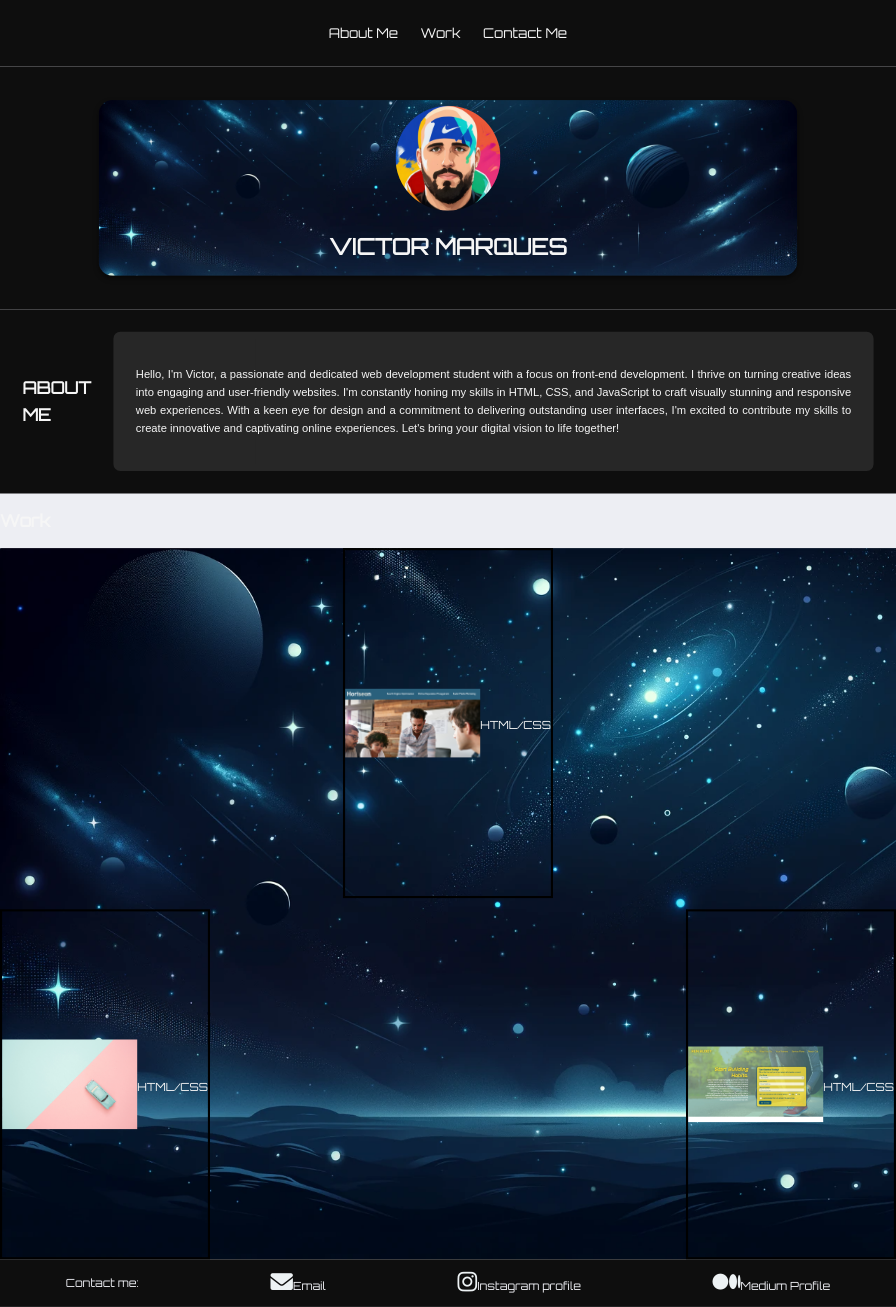
Repository: uvee35/Challenge2-Victor
Page: index.html
These files come from the project's save history. The page is drawn as it stood at one moment and after the next save; the edit follows.
The browser window is 1280 px wide. The pictures show the whole page, at 70% of full size.

Above is the page before, as saved 2023-12-12 22:32:01.

### index.html
<!DOCTYPE html>
<html lang="en-gb">
  <head>
    <meta charset="UTF-8" />
    <meta name="viewport" content="width=device-width, initial-scale=1.0" />
    <meta http-equiv="X-UA-Compatible" content="ie=edge" />
    <title>Victor Marques Portfolio</title>
    <link rel="stylesheet" href="assets/style.css" />
    <link
      href="https://cdnjs.cloudflare.com/ajax/libs/font-awesome/6.0.0-beta3/css/all.min.css"
      rel="stylesheet"
    />
    <link
      href="https://fonts.googleapis.com/css?family=Orbitron&display=swap"
      rel="stylesheet"
    />
  </head>

  <body>
    <header class="header">
      <nav class="header__nav">
        <ul class="nav__list">
          <li class="nav__item">
            <a href="#about-me" class="nav__link">About Me</a>
          </li>
          <li class="nav__item">
            <a href="#work" class="nav__link">Work</a>
          </li>
          <li class="nav__item">
            <a href="#footer" class="nav__link">Contact Me</a>
          </li>
        </ul>
      </nav>
    </header>

    <section class="hero-banner">
      <div class="hero-banner__content">
        <img src="assets/victor.JPG" alt="Victor" class="about__image" />
        <h1>VICTOR MARQUES</h1>
      </div>
    </section>

    <main class="page-wrapper">
      <section id="about-me"></section>
      <section class="about-section">
        <h2 class="about-title">ABOUT ME</h2>
        <div class="about-box">
          <p class="about-me-text">
            Hello, I'm Victor, a passionate and dedicated web development
            student with a focus on front-end development. I thrive on turning
            creative ideas into engaging and user-friendly websites. I'm
            constantly honing my skills in HTML, CSS, and JavaScript to craft
            visually stunning and responsive web experiences. With a keen eye
            for design and a commitment to delivering outstanding user
            interfaces, I'm excited to contribute my skills to create innovative
            and captivating online experiences. Let's bring your digital vision
            to life together!
          </p>
        </div>
      </section>

      <section class="page-section" id="work">
        <h2 class="section-title">Work</h2>
        <div class="work__projects">
          <!-- Top featured project -->
          <div class="project project--featured">
            <img
              src="./assets/project.png"
              alt="Featured Project"
              class="work__image"
            />
            <p class="project-description">HTML/CSS</p>
          </div>
          <!-- Projects Row for two projects -->
          <div class="project-row">
            <!-- First project -->
            <div class="project">
              <img
                src="./assets/02-portfolio-3.jpg"
                alt="Project 1"
                class="work__image"
              />
              <p class="project-description">HTML/CSS</p>
            </div>
            <!-- Second project -->
            <div class="project">
              <img
                src="./assets/02-run-buddy.jpg"
                alt="Project 2"
                class="work__image"
              />
              <p class="project-description">HTML/CSS</p>
            </div>
          </div>
        </div>
      </section>
    </main>

    <footer class="footer">
      <div class="footer__contact-info">
        <span class="footer__contact-header">Contact me:</span>
        <a href="mailto:victormarquesrina@hotmail.com" class="contact-link">
          <i class="fas fa-envelope social-icon"></i><span>Email</span>
        </a>
        <a href="https://www.instagram.com/Uvee35" class="contact-link">
          <i class="fab fa-instagram social-icon"></i
          ><span>Instagram profile</span>
        </a>
        <a href="https://medium.com/@victor5.vm58" class="contact-link">
          <i class="fab fa-medium social-icon"></i><span>Medium Profile</span>
        </a>
      </div>
    </footer>
  </body>
</html>

### assets/style.css
:root {
  --primary-color: #edeef3;
  --secondary-color: #0e0e0e;
  --accent-color: #edf2f4;
  --font-color: #f6f6f6;
  --font-family: 'Orbitron', sans-serif;
}

*,
*::before,
*::after {
  box-sizing: border-box;
}

body {
  font-family: var(--font-family);
  color: var(--font-color);
  background-color: var(--primary-color);
  line-height: 1.6;
  margin: 0;
  padding: 0;
  display: flex;
  flex-direction: column;
  min-height: 100vh;
}

.project {
  overflow: hidden;
}



.project:hover .work__image {
  transform: scale(1.05);
  transition: transform 0.3s ease;
}

.work__image {
  display: block;
  width: 100%;
  max-width: 300px;
  min-width: 100px;
  height: auto;
  transition: transform 0.3s ease;
  margin: 0 auto;
}

.header {
  display: flex;
  justify-content: center;
  align-items: center;
  padding: 1rem;
  background-color: #0e0e0e;
}

.nav__list {
  display: flex;
  justify-content: center;
  align-items: center;
  list-style: none;
  padding: 0;
}

.nav__item {
  margin: 0 1rem;
}

.nav__link {
  color: var(--font-color);
  text-decoration: none;
  font-size: 1.2rem;
}

.hero-banner {
  padding: 1rem;
  text-align: center;
  background-color: #0e0e0e;
}

.hero-banner__content {
  max-width: 600px;
  margin: auto;
  background-image: url('../assets/background.png');
  background-size: cover;
  background-position: center;
  padding: 0.5rem 0;
  text-align: center;
  display: flex;
  flex-direction: column;
  align-items: center;
  justify-content: center;
  border-radius: 20px;
  margin: 2rem;
  box-shadow: 0 4px 8px rgba(0, 0, 0, 0.5);
  width: 80%;
  max-width: 1200px;
  margin-left: auto;
  margin-right: auto;
}

.hero-banner h1 {
  font-size: 2rem;
  margin-bottom: 0.5rem;
}

.about__image {
  width: 150px;
  height: 150px;
  border-radius: 50%;
  object-fit: cover;
}

.about-section {
  background-color: var(--secondary-color);
  padding: 2rem;
  display: flex;
  justify-content: space-between;
  align-items: center;
}

.about-title {
  color: var(--font-color);
  font-size: 1.5rem;
  margin-right: 2rem;
}

.about-box {
  flex-grow: 1;
  background: rgba(255, 255, 255, 0.1);
  padding: 2rem;
  border-radius: 10px;
  color: var(--font-color);
  font-size: 1rem;
  text-align: justify;
  font-family: Arial, Helvetica, sans-serif;
}
.project--featured {
  max-width: 500px;
  margin: auto;
  grid-column: 1 / -1;


}



.project {
  /* Assuming .project is the container of your image */
  text-align: center; /* Center inline elements like images */
  display: flex; /* Enables flexbox */
  justify-content: center; /* Center children horizontally */
  align-items: center; /* Center children vertically */
  overflow: hidden; /* Prevents content from spilling out */
  border: 3px solid black; /* Optional border */
  /* Set specific width and height as needed */
  width: 300px; /* Adjust to fit your layout */
  height: 500px; /* Adjust to fit your layout */
}

.project img {
  max-width: 500%; /* Image can be at most 100% of its container */
  max-height: 500%; /* Image can be at most 100% of its container */
  height: auto; /* Maintain aspect ratio */
}

.work__projects {
  display: grid;
  grid-template-columns: repeat(1, 1fr); /* One column layout for the top image */
  gap: 1rem;
  background-image: url(../assets/background.png);
}
.project--featured {
  grid-column: 1 / -1; /* Make the featured project span full width */
}


.project-row {
  display: flex;
  justify-content: space-between;
  width: 100%;

}

.project-description {
  text-align: center;
  padding-top: 0.5rem; /* Space between image and description text */
}


.footer {
  background-color: var(--secondary-color);
  color: var(--primary-color);
  text-align: center;
  padding: 1rem 0;
  display: flex;
  justify-content: space-around;
  align-items: center;
  margin-top: auto;
}

.footer a {
  color: var(--primary-color);
  text-decoration: none;
}

.footer__contact-info {
  display: flex;
  justify-content: space-around;
  align-items: center;
  width: 100%;
}

.social-icon {
  font-size: 2rem;
  color: var(--accent-color);
}



@media (max-width: 768px) {
  .work__projects {
    grid-template-columns: 1fr; /* Stack images on smaller screens */
  }
}


/* Responsive adjustments for tablet devices */
@media (max-width: 768px) {
  .work__image {
    max-width: 150px;
  }

  .project {
    width: calc(50% - 1rem);
  }

  .project--featured {
    width: calc(66.666% - 1rem);
  }

  .about-box {
    width: 90%;
    padding: 1rem;
  }

  .footer__contact-info {
    flex-direction: column;
    gap: 1rem;
  }

  .social-icon {
    font-size: 2.5rem;
  }
}

/* Responsive adjustments for mobile devices */
@media (max-width: 480px) {
  .work__image {
    max-width: 100px;
  }

  .nav__list {
    flex-direction: column;
    align-items: center;
  }

  .nav__item {
    margin-bottom: 0.5rem;
  }

  .project,
  .project--featured {
    width: 100%;
  }

  .about-section {
    flex-direction: column;
    text-align: center;
  }

  .hero-banner__content {
    background-image: url('../assets/background.png');
  }

  .about-title {
    margin: 0 0 1rem 0;
  }

  .about-box {
    padding: 1rem;
  }

  .footer__contact-info {
    flex-direction: column;
    gap: 1rem;
  }

  .social-icon {
    font-size: 2.5rem;
  }
}

After the next save:
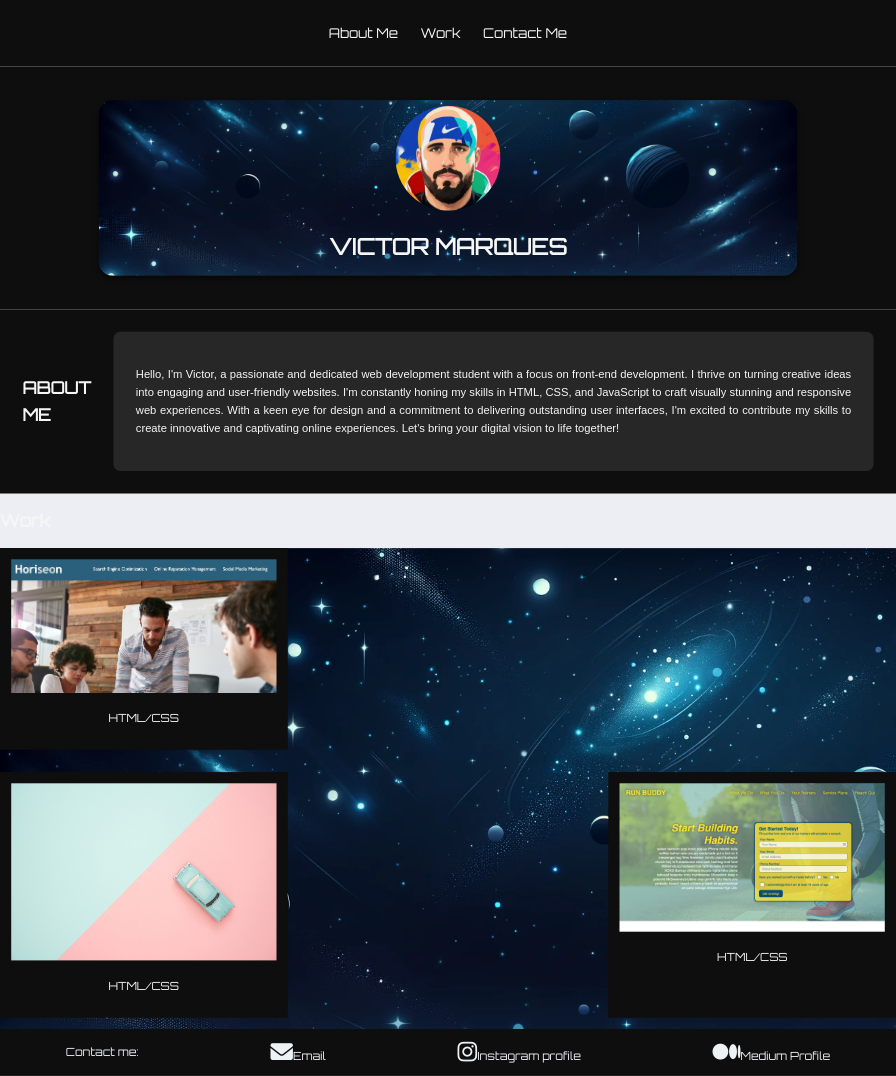
Saved 14 s later.
--- a/assets/style.css
+++ b/assets/style.css
@@ -134,35 +134,24 @@
   text-align: justify;
   font-family: Arial, Helvetica, sans-serif;
 }
-.project--featured {
+
+
+
+.project {
+  background-color: var(--secondary-color);
+  padding: 1rem;
+  width: calc(33.333% - 1rem);
+  margin-bottom: 1rem;
+  grid-template-columns: repeat(2, 1fr); /* Two columns layout for the underneath images */
+  gap: 2rem;
+}
+
+
+.project img {
   max-width: 500px;
-  margin: auto;
-  grid-column: 1 / -1;
-
-
-}
-
-
-
-.project {
-  /* Assuming .project is the container of your image */
-  text-align: center; /* Center inline elements like images */
-  display: flex; /* Enables flexbox */
-  justify-content: center; /* Center children horizontally */
-  align-items: center; /* Center children vertically */
-  overflow: hidden; /* Prevents content from spilling out */
-  border: 3px solid black; /* Optional border */
-  /* Set specific width and height as needed */
-  width: 300px; /* Adjust to fit your layout */
-  height: 500px; /* Adjust to fit your layout */
-}
-
-.project img {
-  max-width: 500%; /* Image can be at most 100% of its container */
-  max-height: 500%; /* Image can be at most 100% of its container */
-  height: auto; /* Maintain aspect ratio */
-}
-
+  height: auto;
+  border: -10px solid var(--accent-color);
+}
 .work__projects {
   display: grid;
   grid-template-columns: repeat(1, 1fr); /* One column layout for the top image */
